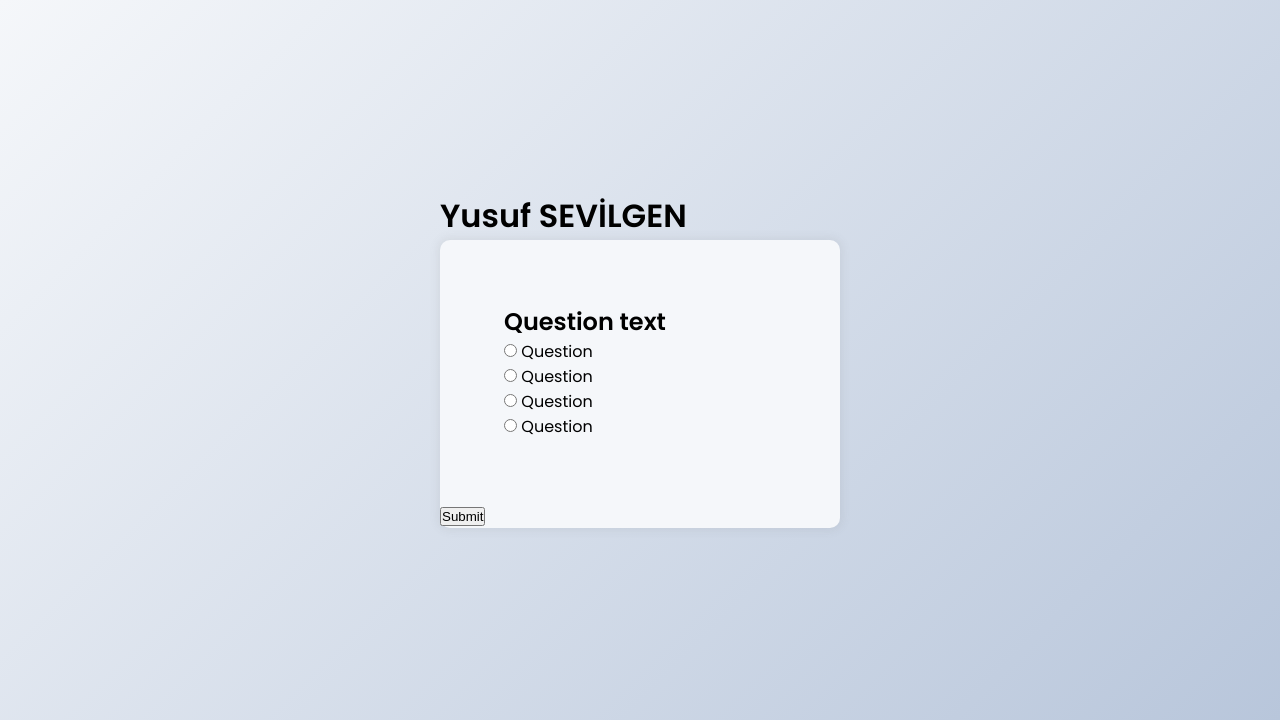
Repository: sevilgenysf/javascript-two
Page: index.html
The author's editor kept a copy of each file at every save. The page is drawn from the files as they stood at one save, then again after the next save.
The browser window is 1280 px wide. The pictures show the whole page.

Above is the page before, as saved 2022-02-27 15:17:57.

After the next save:
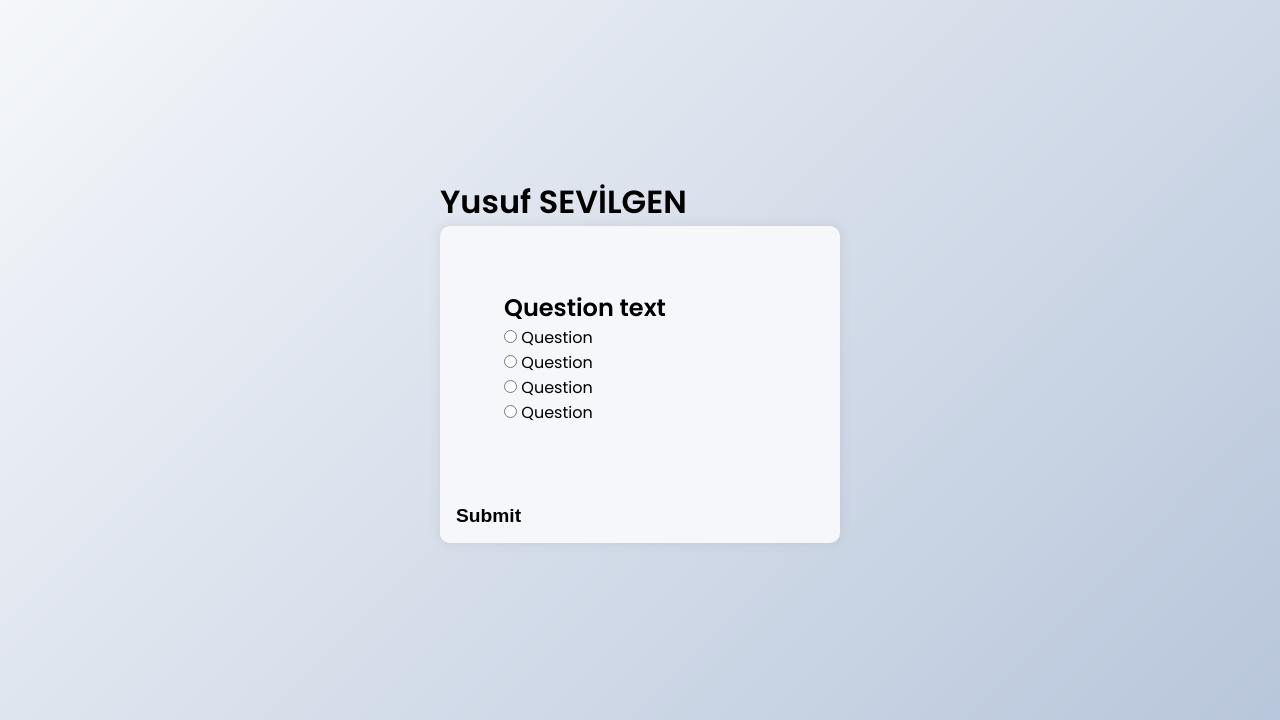
Saved 19 s later.
--- a/style.css
+++ b/style.css
@@ -32,3 +32,15 @@ ul {
 	list-style: none;
 	padding: 0;
 }
+
+button {
+	background-color: #f5f7fa;
+	border: none;
+	border-radius: 10px;
+	color: #000;
+	cursor: pointer;
+	font-size: 1.2rem;
+	font-weight: 600;
+	padding: 1rem;
+	transition: all 0.2s ease-in-out;
+}
